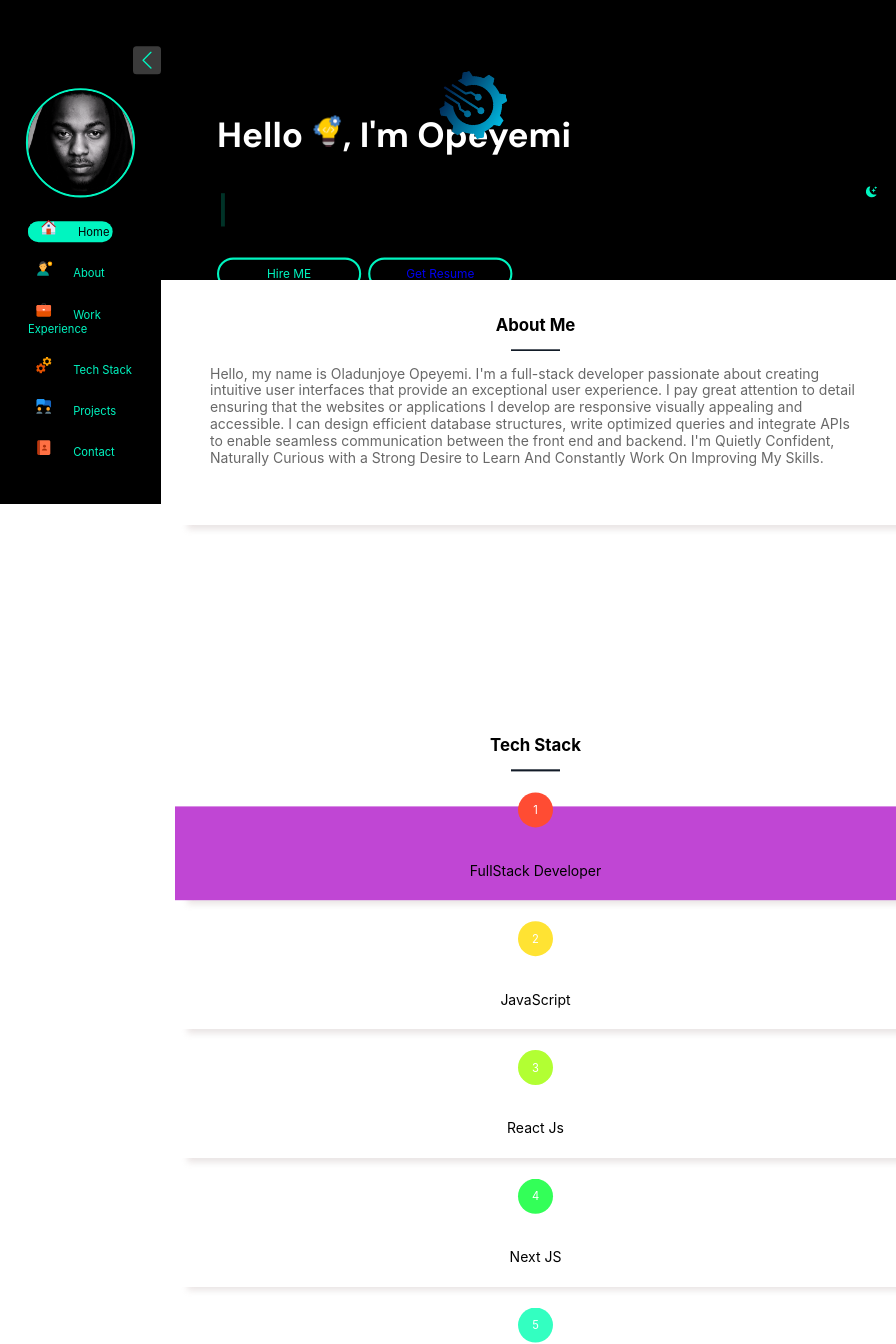
Repository: Laoye99/portfolio
Page: /
These files come from the project's save history. The page is drawn as it stood at one moment and after the next save; the edit follows.
The browser window is 1280 px wide. The pictures show the part of the page from y = 0 to 1920 px (the page is 2877 px tall), at 70% of full size.
The project was rebuilt for these pictures with package versions that can differ from the ones it lists, and the page was loaded fresh each time. Imported but missing from the stored project, and not drawn on this page: src/components/Home/MyResume.pdf.

Above is the page before, as saved 2024-02-15 14:53:43.

After the next save:
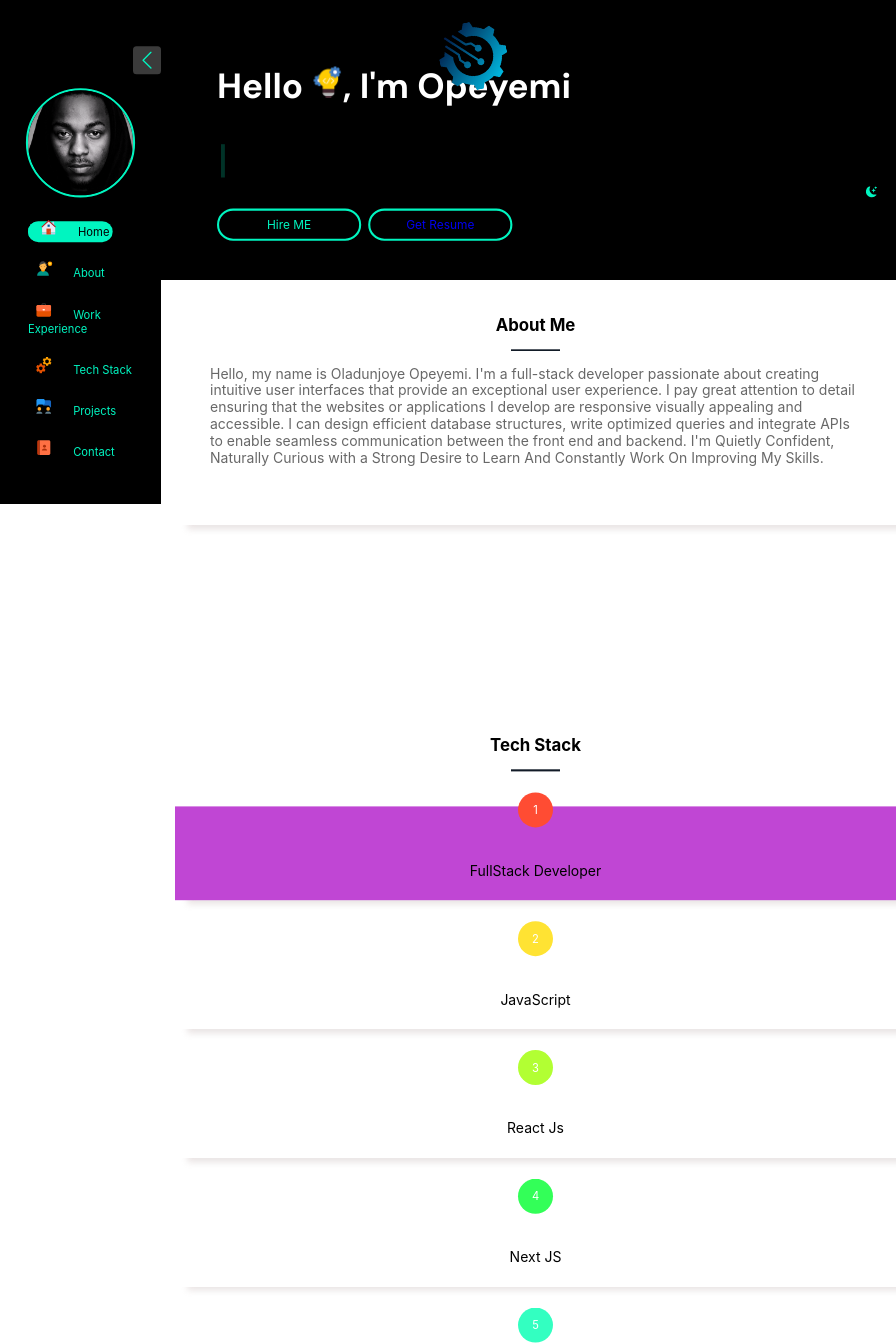
Saved 4 s later.
--- a/src/components/Home/Home.css
+++ b/src/components/Home/Home.css
@@ -9,7 +9,7 @@
 
 .home-content {
   padding: 10px;
-  margin-top: 100px;
+  margin-top: 30px;
   margin-left: 300px;
   position: relative;
 }
